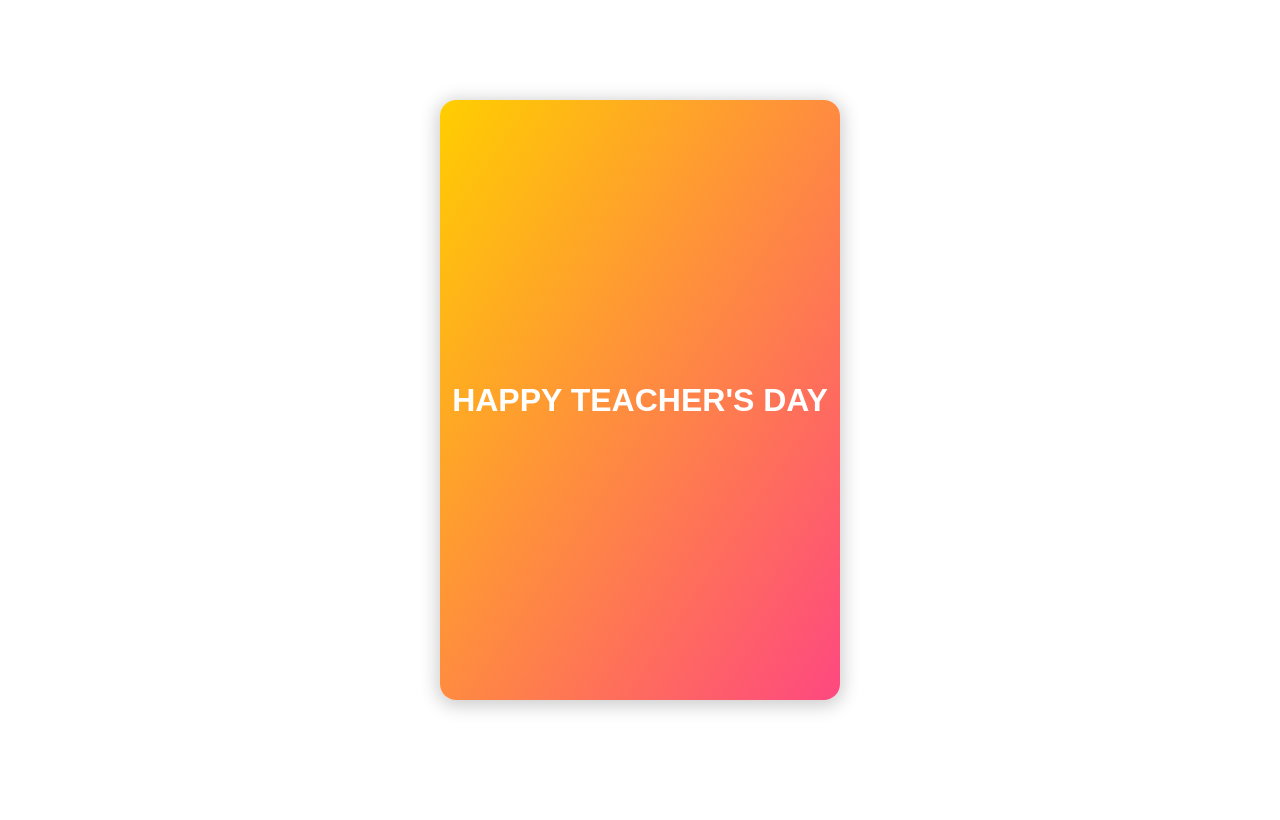
Repository: maixuanhieu/giftcard
Page: index.html
An editor plug-in stored every save of this project. The page is shown before and after a run of saves, followed by the edit.
The browser window is 1280 px wide. The pictures show the whole page.
The style sheet was rebuilt from its Sass, Less or Tailwind sources for each picture, by a compiler version that may differ from the author's.

Above is the page before, as saved 2021-11-17 19:29:29.

After the next 2 saves:
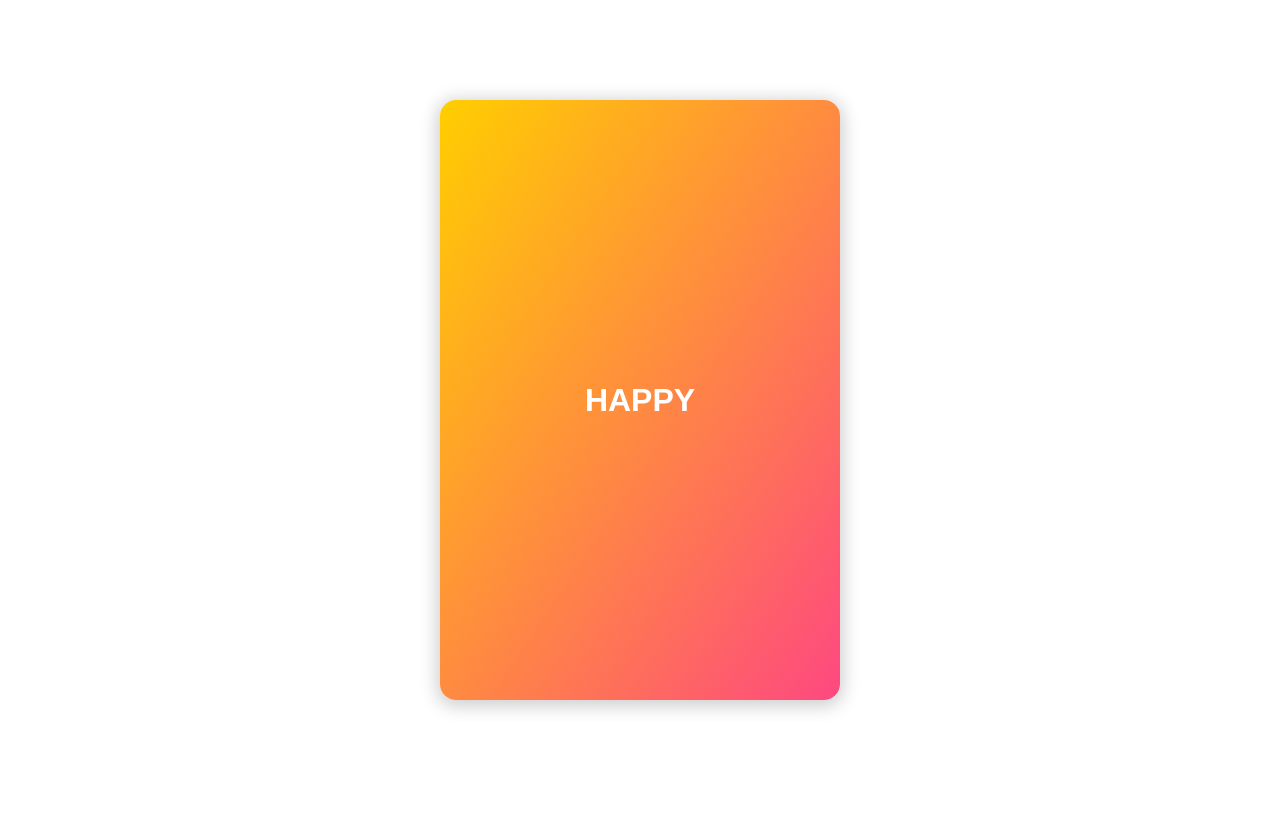
The 2 saves are shown as one change because they came seconds apart.
The last was saved 19 s later.
--- a/index.html
+++ b/index.html
@@ -13,7 +13,7 @@
    <div class="card">
        <div class="card__inner">
            <div class="card__face card__face--front">
-            <h2>HAPPY TEACHER'S DAY</h2>
+            <h2>HAPPY</h2>
            </div>
            <div class="card__face card__face--back">
             <div class="card__content">
